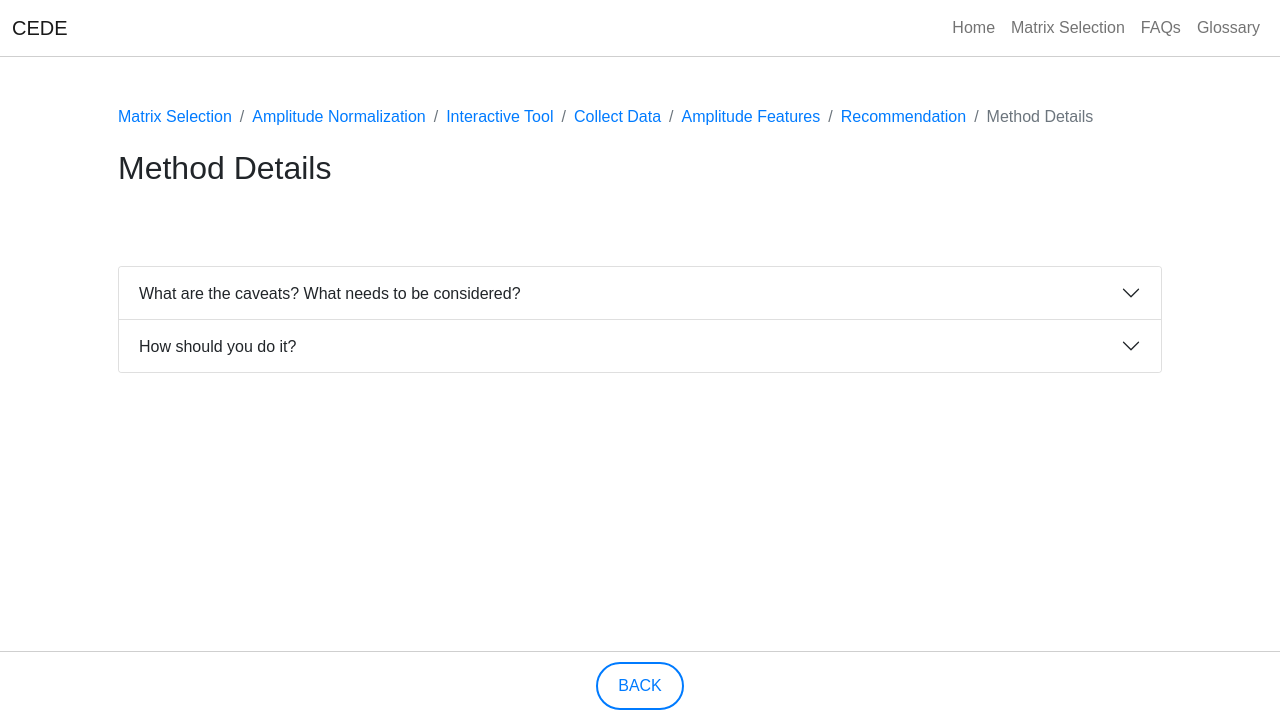
Repository: devashrisamani/CEDE-Website
Page: website/method.html
These files come from the project's save history. The page is drawn as it stood at one moment and after the next save; the edit follows.
The browser window is 1280 px wide. The pictures show the whole page.
Some web libraries are served in a nearby version.

Above is the page before, as saved 2024-09-11 13:45:50.

### website/method.html
<!DOCTYPE html>
<html lang="en">
  <head>
    <meta charset="UTF-8" />
    <meta name="viewport" content="width=device-width, initial-scale=1.0" />
    <title>Method Details</title>
    <link
      href="https://cdn.jsdelivr.net/npm/bootstrap@5.1.3/dist/css/bootstrap.min.css"
      rel="stylesheet"
    />
    <link rel="stylesheet" href="styles.css" />
    <style>
      #wrapper {
        width: 100%;
        text-align: center;
      }

      .header-title {
        margin-top: 20px;
        margin-bottom: 20px;
        text-align: left;
      }

      .recommendation-section {
        padding: 20px;
        border-radius: 5px;
        margin-bottom: 15px;
        text-align: left;
      }

      .high-probability {
        background-color: #d4edda;
        border: 1px solid #c3e6cb;
      }

      .caution {
        background-color: #fff3cd;
        border: 1px solid #ffeeba;
      }

      .low-probability {
        background-color: #f8d7da;
        border: 1px solid #f5c6cb;
      }

      .btn-container-wrapper {
        display: flex;
        justify-content: center;
        width: 100%;
      }

      .btn-container {
        position: fixed;
        bottom: 0;
        width: 100%;
        background-color: white;
        padding: 10px 0;
        display: flex;
        justify-content: center;
        border-top: 1px solid #cfcfcf;
        z-index: 1000;
      }

      .btn-container .btn {
        padding: 10px 20px;
        font-size: 16px;
        border-radius: 30px;
        border: 2px solid #007bff;
        background-color: white;
        color: #007bff;
        text-transform: uppercase;
      }

      .btn-container .btn:hover {
        background-color: #e0e0e0;
        color: #007bff;
      }

      .container {
        padding-bottom: 80px; /* to ensure the content does not hide behind the fixed button */
      }

      .accordion-button.collapsed {
        text-decoration: none;
      }

      .accordion-button.collapsed:hover {
        text-decoration: underline;
      }
    </style>
  </head>
  <body>
    <nav class="navbar navbar-expand-lg navbar-light bg-white">
      <div class="container-fluid">
        <a class="navbar-brand" href="#">CEDE</a>
        <button
          class="navbar-toggler"
          type="button"
          data-bs-toggle="collapse"
          data-bs-target="#navbarNavAltMarkup"
          aria-controls="navbarNavAltMarkup"
          aria-expanded="false"
          aria-label="Toggle navigation"
        >
          <span class="navbar-toggler-icon"></span>
        </button>
        <div
          class="collapse navbar-collapse justify-content-end"
          id="navbarNavAltMarkup"
        >
          <div class="navbar-nav">
            <a class="nav-link" href="#">Home</a>
            <a class="nav-link" href="#">Matrix Selection</a>
            <a class="nav-link" href="#">FAQs</a>
            <a class="nav-link" href="#">Glossary</a>
          </div>
        </div>
      </div>
    </nav>

    <!-- Main Content -->
    <div class="container mt-5 px-5">
      <nav aria-label="breadcrumb">
        <ol class="breadcrumb">
          <li class="breadcrumb-item">
            <a href="index.html">Matrix Selection</a>
          </li>
          <li class="breadcrumb-item">
            <a href="amplitude.html">Amplitude Normalization</a>
          </li>
          <li class="breadcrumb-item">
            <a href="inttool.html">Interactive Tool</a>
          </li>
          <li class="breadcrumb-item">
            <a href="collectdata.html">Collect Data</a>
          </li>
          <li class="breadcrumb-item">
            <a href="collectdata.html">Amplitude Features</a>
          </li>
          <li class="breadcrumb-item">
            <a href="recommendation.html">Recommendation</a>
          </li>
          <li class="breadcrumb-item active" aria-current="page">
            Method Details
          </li>
        </ol>
      </nav>

      <div class="header-title">
        <h2>Method Details</h2>
        <p id="method-title">
          <!-- Dynamic Title will be inserted here -->
        </p>

        <div id="recommendation-section" class="recommendation-section">
          <h4 id="recommendation-heading">
            <!-- Recommendation title will be inserted here -->
          </h4>
          <div id="why-good-choice">
            <!-- Dynamic content for 'Why is this method a good choice?' will be inserted here -->
          </div>
        </div>

        <div class="accordion" id="methodDetailsAccordion">
          <div class="accordion-item">
            <h2 class="accordion-header" id="headingTwo">
              <button
                class="accordion-button collapsed"
                type="button"
                data-bs-toggle="collapse"
                data-bs-target="#collapseTwo"
                aria-expanded="false"
                aria-controls="collapseTwo"
              >
                What are the caveats? What needs to be considered?
              </button>
            </h2>
            <div
              id="collapseTwo"
              class="accordion-collapse collapse"
              aria-labelledby="headingTwo"
              data-bs-parent="#methodDetailsAccordion"
            >
              <div class="accordion-body" id="what-caveats">
                <!-- Dynamic content for 'What are the caveats?' will be inserted here -->
              </div>
            </div>
          </div>

          <div class="accordion-item">
            <h2 class="accordion-header" id="headingThree">
              <button
                class="accordion-button collapsed"
                type="button"
                data-bs-toggle="collapse"
                data-bs-target="#collapseThree"
                aria-expanded="false"
                aria-controls="collapseThree"
              >
                How should you do it?
              </button>
            </h2>
            <div
              id="collapseThree"
              class="accordion-collapse collapse"
              aria-labelledby="headingThree"
              data-bs-parent="#methodDetailsAccordion"
            >
              <div class="accordion-body" id="how-do-it">
                <!-- Dynamic content for 'How should you do it?' will be inserted here -->
              </div>
            </div>
          </div>
        </div>
      </div>

      <div class="btn-container-wrapper">
        <div class="btn-container">
          <button class="btn" onclick="location.href='recommendation.html'">
            Back
          </button>
        </div>
      </div>
    </div>

    <script>
      document.addEventListener("DOMContentLoaded", function () {
        const selectedMethod = JSON.parse(
          localStorage.getItem("selectedMethod")
        );

        if (selectedMethod) {
          // Dynamically insert the method title
          document.getElementById("method-title").innerText =
            selectedMethod.title;

          // Update the recommendation section based on the probability type
          let recommendationClass = "high-probability"; // default class
          let recommendationText =
            "Yes: High probability that this is appropriate";

          if (selectedMethod.probability === "caution") {
            recommendationClass = "caution";
            recommendationText =
              "Caution: Might be appropriate, considering specific issues";
          } else if (selectedMethod.probability === "low") {
            recommendationClass = "low-probability";
            recommendationText =
              "No: High probability that this is inappropriate";
          }

          // Set the recommendation class and heading
          const recommendationSection = document.getElementById(
            "recommendation-section"
          );
          recommendationSection.classList.add(recommendationClass);
          document.getElementById("recommendation-heading").innerText =
            recommendationText;

          // Insert the 'Why is this method a good choice?' content
          document.getElementById("why-good-choice").innerHTML = `
            <ul>
              ${selectedMethod.whyGoodChoice
                .map((item) => `<li>${item}</li>`)
                .join("")}
            </ul>
          `;

          // Insert the 'What are the caveats?' content
          document.getElementById("what-caveats").innerHTML = `
            <ul>
              ${selectedMethod.caveats
                .map((item) => `<li>${item}</li>`)
                .join("")}
            </ul>
          `;

          // Insert the 'How should you do it?' content
          document.getElementById("how-do-it").innerHTML = `
            <ul>
              ${selectedMethod.howToDoIt
                .map((item) => `<li>${item}</li>`)
                .join("")}
            </ul>
          `;
        }
      });
    </script>

    <script src="https://code.jquery.com/jquery-3.5.1.slim.min.js"></script>
    <script src="https://cdn.jsdelivr.net/npm/@popperjs/core@2.5.4/dist/umd/popper.min.js"></script>
    <script src="https://cdn.jsdelivr.net/npm/bootstrap@5.1.3/dist/js/bootstrap.bundle.min.js"></script>
    <script src="https://use.fontawesome.com/releases/v5.15.1/js/all.js"></script>
  </body>
</html>

### website/styles.css
body {
  font-family: Arial, sans-serif;
  margin: 0;
  padding: 0;
  background-color: #ffffff;
}

header {
  padding: 20px;
  text-align: center;
}

.navbar {
  border-bottom: 1px solid #cfcfcf;
  background-color: #ffffff;
}

.breadcrumb {
  background-color: white;
  padding: 0;
  margin-bottom: 20px;
}

.breadcrumb-item a {
  color: #007bff;
  text-decoration: none;
}

.breadcrumb-item a:hover {
  text-decoration: underline;
}

/* .breadcrumb-item a {
  text-decoration: none;
}
  remove underline from the breadcrumb links (but it does not work whoops */

header h1 {
  margin: 0;
  color: #333;
}

header p {
  color: #666;
}

After the next save:
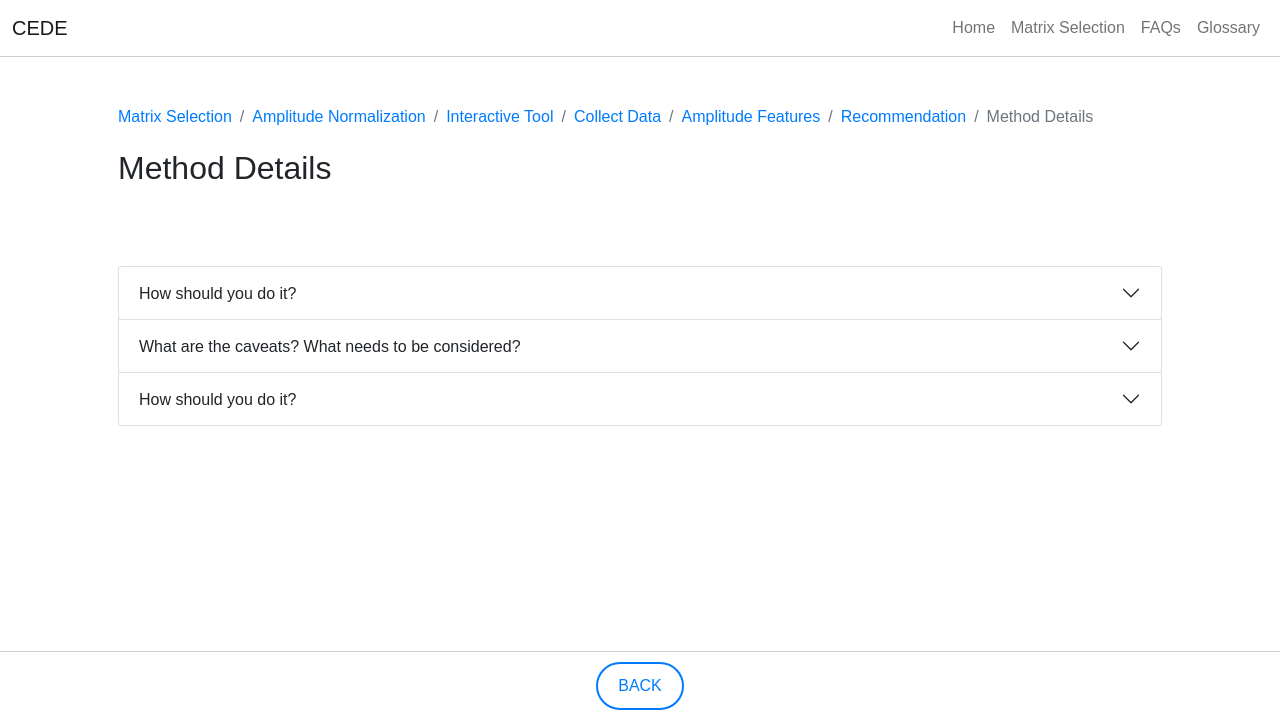
Saved 2 min 51 s later.
--- a/website/method.html
+++ b/website/method.html
@@ -163,6 +163,30 @@
 
         <div class="accordion" id="methodDetailsAccordion">
           <div class="accordion-item">
+            <h2 class="accordion-header" id="headingThree">
+              <button
+                class="accordion-button collapsed"
+                type="button"
+                data-bs-toggle="collapse"
+                data-bs-target="#collapseThree"
+                aria-expanded="false"
+                aria-controls="collapseThree"
+              >
+                How should you do it?
+              </button>
+            </h2>
+            <div
+              id="collapseThree"
+              class="accordion-collapse collapse"
+              aria-labelledby="headingThree"
+              data-bs-parent="#methodDetailsAccordion"
+            >
+              <div class="accordion-body" id="how-do-it">
+                <!-- Dynamic content for 'How should you do it?' will be inserted here -->
+              </div>
+            </div>
+          </div>
+          <div class="accordion-item">
             <h2 class="accordion-header" id="headingTwo">
               <button
                 class="accordion-button collapsed"
